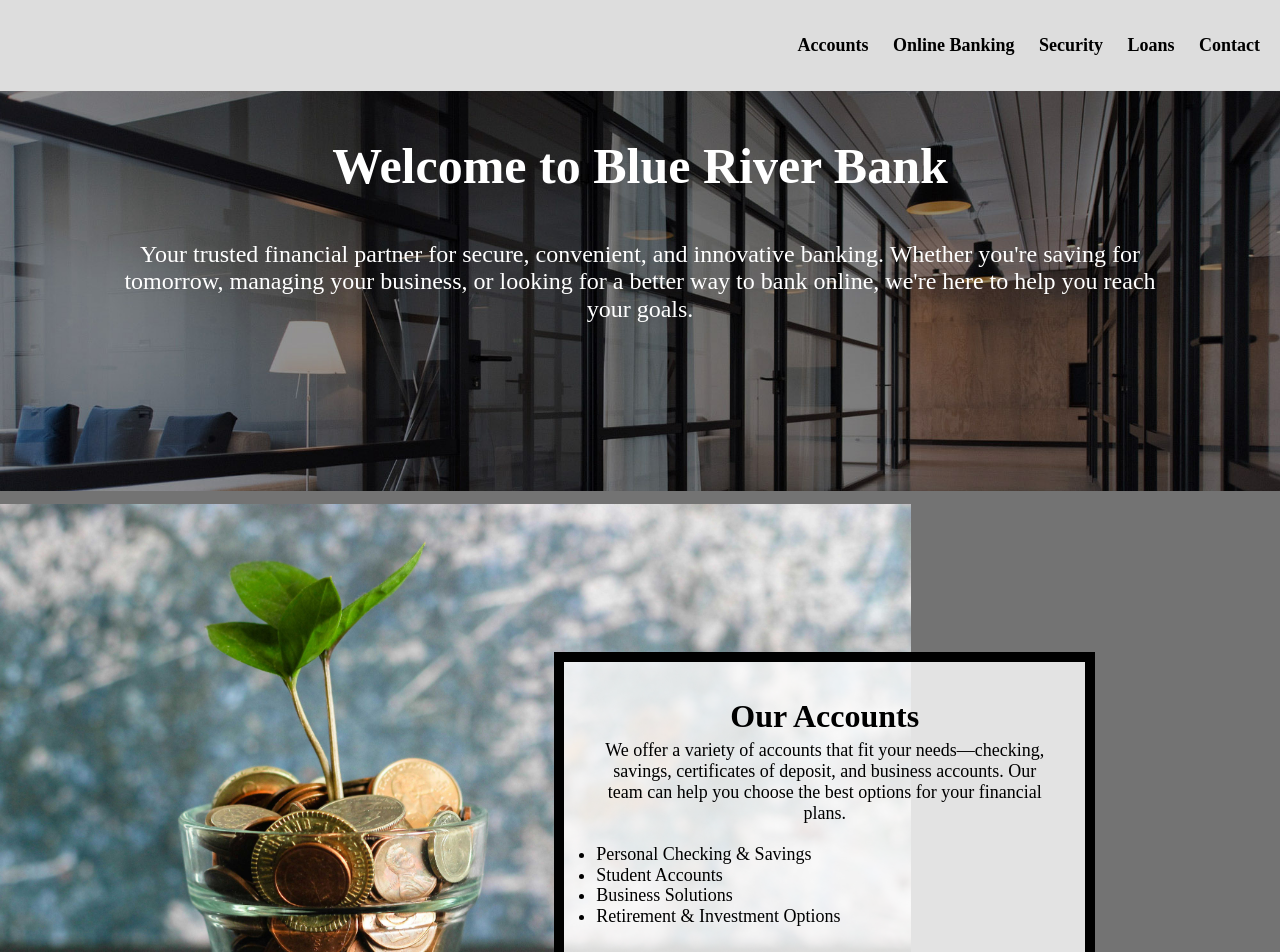
Repository: SylviaTingUM/hw3-w26
Page: bank.html
These files come from the project's save history. The page is drawn as it stood at one moment and after the next save; the edit follows.
The browser window is 1280 px wide. The pictures show the part of the page from y = 0 to 952 px (the page is 3812 px tall).
Backgrounds fixed to the window are drawn as part of the page.

Above is the page before, as saved 2026-02-07 15:09:24.

### bank.html
<!DOCTYPE html>
<html lang="en">
  <head>
    <meta charset="utf-8">
    <meta name="viewport" content="width=device-width, initial-scale=1.0">
    <link rel="icon" type="image/png" href="images/logo-drk.png" />
    <link rel="stylesheet" href="css/html5reset.css" />
    <link rel="stylesheet" href="css/starter_style.css" />
    <link rel="stylesheet" href="css/style.css" />
    <title>Blue River Bank</title>
  </head>
  <body>
    <div class="skip"><a href="#main">Skip to Main Content</a></div>
    <header>
      <nav>
      <ul>
        <li><a href="#accounts">Accounts</a></li>
        <li><a href="#onlinebanking">Online Banking</a></li>
        <li><a href="#security">Security</a></li>
        <li><a href="#loans">Loans</a></li>
        <li><a href="#contact">Contact</a></li>
      </ul>
        </nav>
    </header>
    <main class="container" id = "main">
      <div class = "overview">
        <h1>Welcome to Blue River Bank</h1>
      <p>Your trusted financial partner for secure, convenient, and innovative banking. Whether you're saving for tomorrow, managing your business, or looking for a better way to bank online, we're here to help you reach your goals.</p>
      </div>

      <div class="accounts-image" id="accounts">
        <img src="images/accounts.jpg" alt="glass with coins and plant growing out of it">
      </div>

      <div class="accounts text-block" tabindex="0">
        <h2>Our Accounts</h2>
        <p>We offer a variety of accounts that fit your needs—checking, savings, certificates of deposit, and business accounts. Our team can help you choose the best options for your financial plans.</p>
          <br>
        <ul>
          <li>Personal Checking & Savings</li>
          <li>Student Accounts</li>
          <li>Business Solutions</li>
          <li>Retirement & Investment Options</li>
        </ul>
      </div>

      <div class="onlinebanking-image" id="onlinebanking">
        <img src="images/onlinebanking.jpg" alt="Person using laptop for online banking">
      </div>

      <div class="onlinebanking text-block" tabindex="0">
           <h2>Online Banking</h2>
        <p>Access your accounts anytime, anywhere. Our secure online banking platform allows you to manage funds, pay bills, transfer money, and monitor your financial activity with ease.</p>
           <br>
        <ul>
          <li>24/7 Account Access</li>
          <li>Mobile Banking App</li>
          <li>Instant Transfers</li>
          <li>eStatements & Alerts</li>
        </ul>
      </div>

      <div class="security-image" id="security">
        <img src="images/security.jpg" alt="bank vault">
      </div>

      <div class="security text-block" tabindex="0" >
      <h2>Security</h2>
        <p>Your security is our priority. We use the latest encryption technology to protect your personal and financial information. Review our best practices and learn how we keep your data safe.</p>
           <br>
        <ul>
          <li>Advanced Fraud Detection</li>
          <li>Multi-factor Authentication</li>
          <li>Zero Liability Policy for Unauthorized Transactions</li>
          <li>Customer Education on Cybersecurity</li>
        </ul>
      </div>

      <div class="loans-image" id="loans">
        <img src="images/loans.jpg" alt="person typing a credit card number into a computer">
      </div>

      <div class="loans text-block" tabindex="0">
     <h2>Loan & Mortgage Services</h2>
        <p>
          At Blue River Bank, we understand that life's big purchases and moments often require a little extra support. Our comprehensive loan and mortgage services are designed to help you finance your dreams, whether that's purchasing your first home, buying a car, or managing unexpected expenses.
        </p>
          <br>
        <p>
          Our experienced lending team takes the time to learn about your individual needs and financial goals. From application to approval, we offer clear guidance and competitive interest rates, making the borrowing process straightforward and transparent.We’re committed to ensuring that you feel supported every step of the way.
        </p>
        <br>
         <p>
          We pride ourselves on flexible products that work for you, not against you. No matter your situation, we strive to find solutions that fit your budget and timeline. Visit one of our branches or schedule a virtual consultation to learn how we can help you achieve your ambitions.
        </p>

      </div>

      <div class="contact-image" id="contact">
        <img src="images/contact.jpg" alt ="piggy bank"/>
      </div>

      <div class="contact text-block" tabindex="0">
        <h2>Contact Us</h2>
        <p>Have questions or need assistance? Our dedicated support team is here to help. Reach out by phone, email, or visit one of our local branches.</p>
        <br>
        <ul>
          <li>Email: support@blueriverbank.com</li>
          <li>Phone: 1-800-555-BLUE</li>
          <li>Find a Branch: <a href="https://duckduckgo.com/">Branch Locator</a></li>
        </ul>
      </div>
  </main>
    <footer>
    <p>Blue River Bank &copy; 2025. All Rights Reserved.<br/>
      Member FDIC | Equal Housing Lender</p>
    </footer>
  </body>
</html>

### css/html5reset.css
/*
html5doctor.com Reset Stylesheet
v1.6.1
Last Updated: 2010-09-17
Author: Richard Clark - http://richclarkdesign.com
Twitter: @rich_clark
*/

html, body, div, span, object, iframe,
h1, h2, h3, h4, h5, h6, p, blockquote, pre,
abbr, address, cite, code,
del, dfn, em, img, ins, kbd, q, samp,
small, strong, sub, sup, var,
b, i,
dl, dt, dd, ol, ul, li,
fieldset, form, label, legend,
table, caption, tbody, tfoot, thead, tr, th, td,
article, aside, canvas, details, figcaption, figure,
footer, header, hgroup, menu, nav, section, summary,
time, mark, audio, video {
    margin:0;
    padding:0;
    border:0;
    outline:0;
    font-size:100%;
    vertical-align:baseline;
    background:transparent;
}

body {
    line-height:1;
}

article,aside,details,figcaption,figure,
footer,header,hgroup,menu,nav,section {
	display:block;
}

nav ul {
    list-style:none;
}

blockquote, q {
    quotes:none;
}

blockquote:before, blockquote:after,
q:before, q:after {
    content:'';
    content:none;
}

a {
    margin:0;
    padding:0;
    font-size:100%;
    vertical-align:baseline;
    background:transparent;
}

/* change colours to suit your needs */
ins {
    background-color:#ff9;
    color:#000;
    text-decoration:none;
}

/* change colours to suit your needs */
mark {
    background-color:#ff9;
    color:#000;
    font-style:italic;
    font-weight:bold;
}

del {
    text-decoration: line-through;
}

abbr[title], dfn[title] {
    border-bottom:1px dotted;
    cursor:help;
}

table {
    border-collapse:collapse;
    border-spacing:0;
}

/* change border colour to suit your needs */
hr {
    display:block;
    height:1px;
    border:0;
    border-top:1px solid #dc9292;
    margin:1em 0;
    padding:0;
}

input, select {
    vertical-align:middle;
}

### css/starter_style.css
html{
  scroll-behavior: smooth;
}

body{
  background-color: #737373;
  font-size: 18px;
  line-height: 1.15;
  margin: 0;
  padding: 0;
}


.overview{
  background-attachment: fixed; /* Parallax effect */
  background-position: center;  /* Parallax effect */
  background-repeat: no-repeat; /* Parallax effect */
  background-size: cover;       /* Parallax effect */
  color: white;
  height: 400px;                /* Parallax effect */
}


.overview p{
  color: white;
  font-size: 24px;
  padding: 0 100px;
  text-align: center;
}

h1{
  font-size: 50px;
  line-height: 1;
  padding: 50px 0;
  text-align: center;
}

h2{
  font-size: 32px;
  line-height: 1.5;
}

nav li{
  display:inline;
  padding-right:20px;

}

nav a{
  color: black;
  font-weight: bold;
  text-decoration: none;
}


.skip a{
  background: white;
  left: 0;
  padding: 6px;
  -webkit-transition: top 1s ease-out;
  transition: top 1s ease-out;
  z-index: 1;
}


nav{
  background-color: #ddd;
  padding: 25px 0;
  text-align: left;
}

footer{
  background-color: black;
  color: white;
  padding-top: 30px;
  text-align: center;
}


.text-block{
  background-color: rgba(255, 255, 255, .8);
  border: 10px solid black;
  padding: 30px;
}


@media screen and (prefers-reduced-motion: reduce){
  html{
      scroll-behavior: auto; /* Removes scroll animation */
  }

  .skip a{
    -webkit-transition: none; /* sets to default setting */
    transition: none;        /* sets to default setting */
   }

  /*Turn off parallax*/
  header{
    background-attachment: initial;
  }
}

### css/style.css
/*Your Code Here*/

/*Write selector/rule property to add your border when
links in the navigation are in the hover or focus state.*/


/*Write selector/rule property to position the default position for the skip class element*/


/*Write selector/rule property to position the skip class element when it is in focus*/

/*Write selector/rule property to style all elements when in focus*/



/*Write selector/rule property to style the container */


/*Write selector/rule property to add the background image to the first div in the grid and place it in the grid. */


/* Steps 6 and 7: Write the selector/rule properties to  place the next five elements in the next
 five rows in the grid. */

      /*This will be a lot of rules.... but be strategic and combine selectors*/


 /* Step 8: Write the selector/rule property to style the .text-block class. */


/* Add your media query here */


  /* Step 10: Write the selector/rule property to style the nav element */


  /* Step 11: Write the selector/rule property to update the .container class */


  /* Steps 12 - 15: Update the grid-column property of the grid's children (where-needed)*/



 /* Step 16:Write the selector/rule property to update the .text-block class */

nav a:hover, nav a:focus {
     border: 2px dotted purple;
}
.skip a{
    position: absolute;
    top: -65px;
}
.skip a:focus {
     top: 25px;
}
*:focus {
     border: 5px dashed green
}
.container {
     display: grid;
     grid-template-columns: repeat(5, 1fr);
     gap: 13px;
}
.container > div:first-child {
     grid-column: 1 / -1;
     background-image: url('../images/header.jpg');
     background-size: cover;
     background-position: 50% 20%;
     background-repeat: no-repeat;
     background-attachment: fixed;
}
.accounts, .onlinebanking, .security, .loans, .contact {
     grid-column: 2 / span 3;
}
.accounts {
     grid-row: 2;
}
.onlinebanking {
     grid-row: 3;
}
.security {
     grid-row: 4;
}
.loans {
     grid-row: 5;
}
.contact {
     grid-row: 6;
}
.accounts-image, .onlinebanking-image, .security-image, .loans-image, .contact-image {
     grid-column: 1/-1;
     max-height: 675px;
     overflow: hidden;
}
.accounts-image {
     grid-row: 2;
}
.onlinebanking-image {
     grid-row: 3;
}
.security-image {
     grid-row: 4;
}
.loans-image {
     grid-row: 5;
}
.contact-image {
     grid-row: 6;
}
.accounts-image img, .onlinebanking-image img, .security-image img, .loans-image img, .contact-image img {
     width: 100%;
     height: 100%;
     object-fit: cover;
}
.text-block {
     align-self: center;
     padding: 30px;
     text-align: center;
}
.text-block ul {
     text-align: left;
     padding-left: 2px;
}
@media screen and (min-width: 825px){
     nav {
          text-align: right;
          padding: 35px 0 35px 0;
     }
     .container {
          grid-template-columns: repeat(7, 1fr);
     }
     .accounts, .security, .contact {
          grid-column: 4 / span 3;
     }
     .onlinebanking, .loans {
          grid-column: 2 / span 3;
     }
     .accounts-image, .security-image, .contact-image {
          grid-column: 1 / span 5;
     }
     .onlinebanking-image, .loans-image {
          grid-column: 3 / span 5;
     }
     .text-block {
          max-height: 235px;
          overflow: auto;
          align-self: center;
     }
}

After the next save:
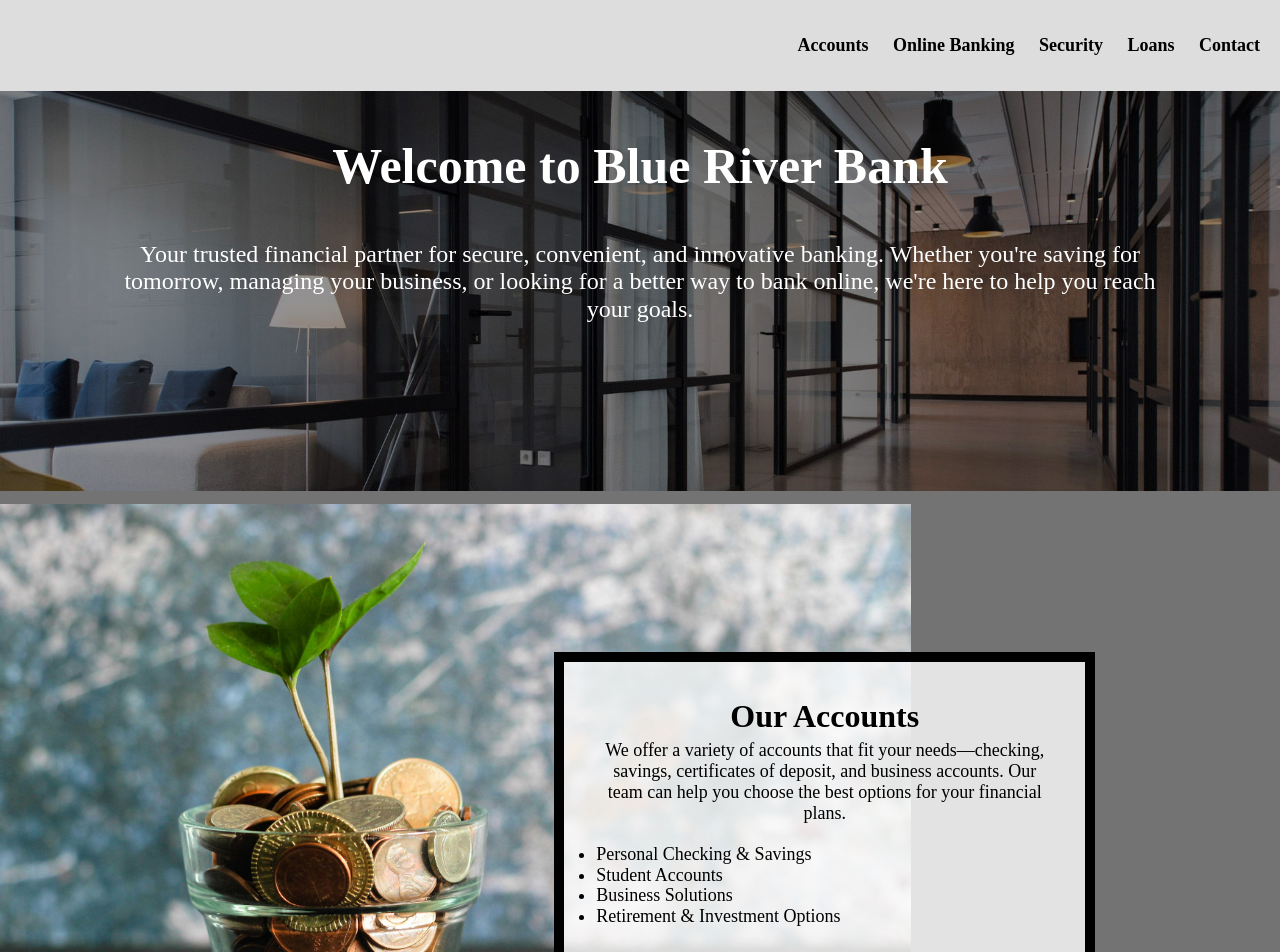
Saved 6 s later.
--- a/css/style.css
+++ b/css/style.css
@@ -65,7 +65,7 @@
      grid-column: 1 / -1;
      background-image: url('../images/header.jpg');
      background-size: cover;
-     background-position: 50% 20%;
+     background-position: 50% 30%;
      background-repeat: no-repeat;
      background-attachment: fixed;
 }
